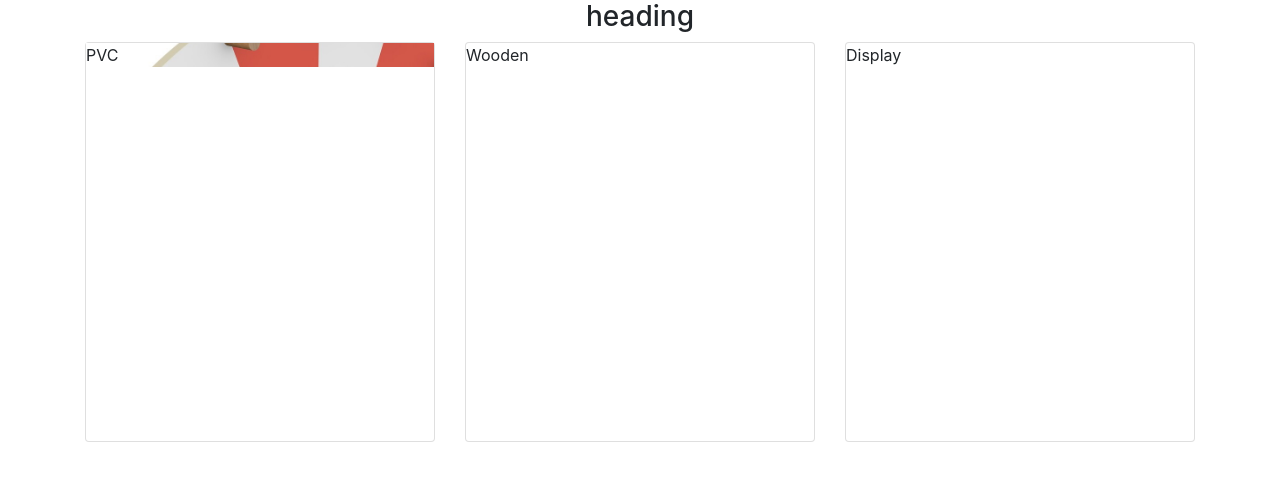
Repository: Awaisp-irfan/fahad-project
Page: index.html
The author's editor kept a copy of each file at every save. The page is drawn from the files as they stood at one save, then again after the next save.
The browser window is 1280 px wide. The pictures show the whole page.

Above is the page before, as saved 2022-06-30 06:58:08.

### index.html
<!DOCTYPE html>
<html lang="en">
<head>
    <meta charset="UTF-8">
    <meta http-equiv="X-UA-Compatible" content="IE=edge">
    <link rel="stylesheet" href="./style.css">
    <link rel="stylesheet" href="https://cdn.jsdelivr.net/npm/bootstrap@4.6.1/dist/css/bootstrap.min.css" integrity="sha384-zCbKRCUGaJDkqS1kPbPd7TveP5iyJE0EjAuZQTgFLD2ylzuqKfdKlfG/eSrtxUkn" crossorigin="anonymous">
    <meta name="viewport" content="width=device-width, initial-scale=1.0">
    <title>Document</title>
</head>
<body>
    <div class="container">
        <div class="row">
            <div class="col-12 d-flex justify-content-center">
                <h3>
                   heading
                </h3>
            </div>
        </div>

        <div class="row">
            <div class="col-lg-4">
                <div class="card  img-div ">
               <div class="pvc">
                PVC
               </div>
                </div>
            </div>
            <div class="col-lg-4">
                <div class="card img-div">
                 <div class="wooden ">
                    Wooden
                 </div>
                </div>
            </div>
            <div class="col-lg-4">
                <div class="card  img-div">
                    <div class="display">
                        Display
                    </div>
                </div>
            </div>
        </div>
    </div>


    <script src="https://cdn.jsdelivr.net/npm/jquery@3.5.1/dist/jquery.slim.min.js" integrity="sha384-DfXdz2htPH0lsSSs5nCTpuj/zy4C+OGpamoFVy38MVBnE+IbbVYUew+OrCXaRkfj" crossorigin="anonymous"></script>
    <script src="https://cdn.jsdelivr.net/npm/popper.js@1.16.1/dist/umd/popper.min.js" integrity="sha384-9/reFTGAW83EW2RDu2S0VKaIzap3H66lZH81PoYlFhbGU+6BZp6G7niu735Sk7lN" crossorigin="anonymous"></script>
    <script src="https://cdn.jsdelivr.net/npm/bootstrap@4.6.1/dist/js/bootstrap.bundle.min.js" integrity="sha384-fQybjgWLrvvRgtW6bFlB7jaZrFsaBXjsOMm/tB9LTS58ONXgqbR9W8oWht/amnpF" crossorigin="anonymous"></script>
</body>
</html>

### style.css
.pvc{
    background-image: url(./assests/2289977149.jpg);
    background-size: cover;
    background-position: center;
    background-repeat: no-repeat;
    width: 100%;
}

.img-div{
    height: 400px;
}

After the next save:
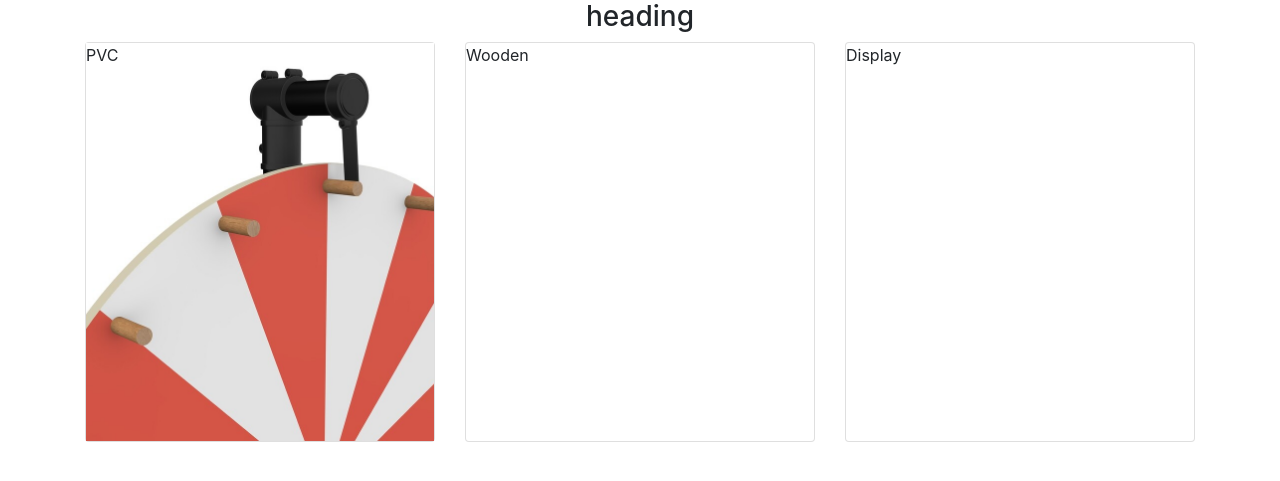
Saved 19 s later.
--- a/style.css
+++ b/style.css
@@ -3,7 +3,7 @@
     background-size: cover;
     background-position: center;
     background-repeat: no-repeat;
-    width: 100%;
+    height: 100%;
 }
 
 .img-div{
